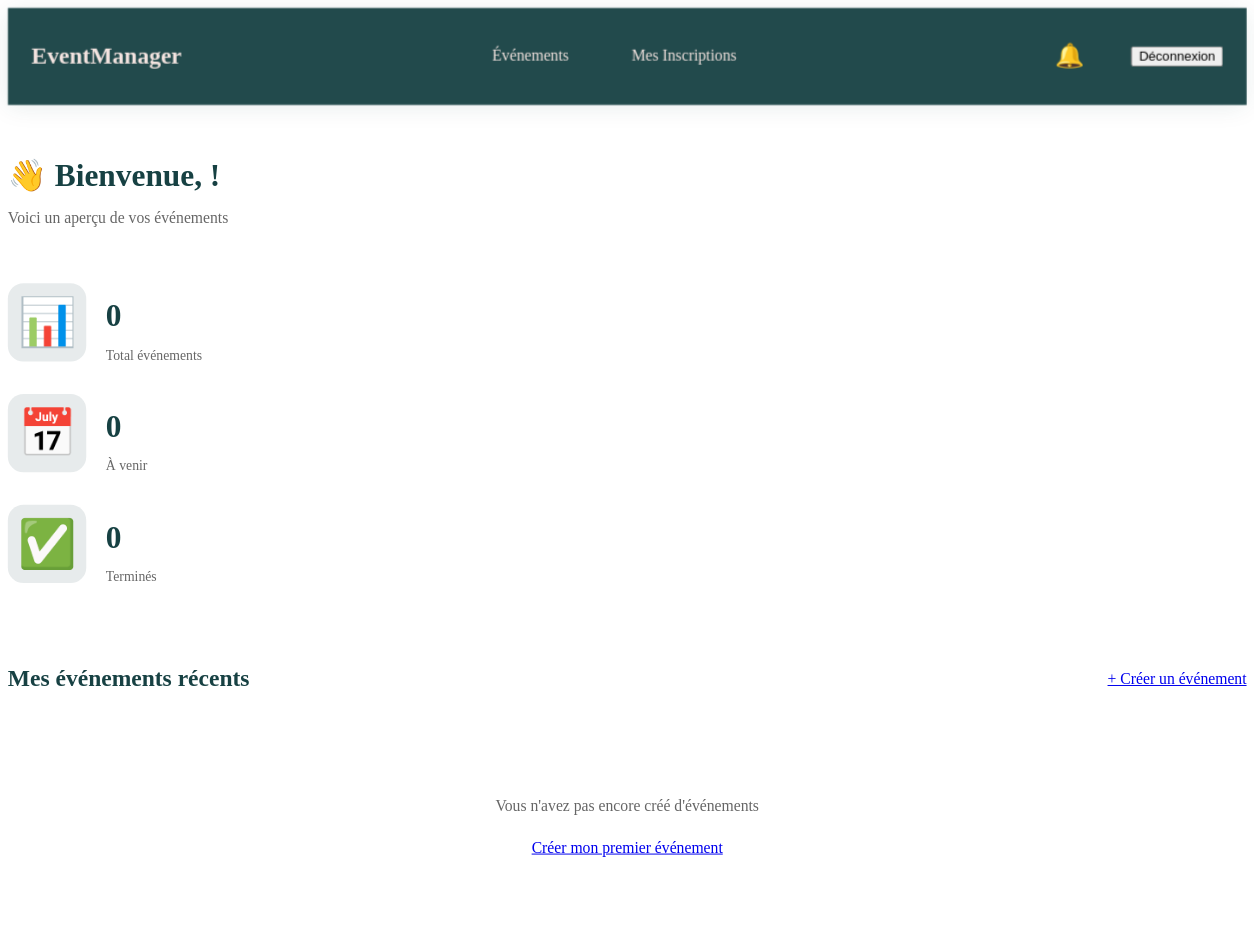
Repository: RADJA-A/DahiliRadja_Pjt_IW
Page: /organisateur/dashboard (app in Front/gerement/)
An editor plug-in stored every save of this project. The page is shown before and after the next save, followed by the edit.
The browser window is 1280 px wide. The pictures show the whole page, at 98% of full size.
The project was rebuilt for these pictures with package versions that can differ from the ones it lists, and the page was loaded fresh each time. Also part of the build but not shown: Front/gerement/angular.json, Front/gerement/src/app/pages/home/home.component.ts, Front/gerement/src/app/components/avantages/avantages.component.ts, Front/gerement/src/app/components/procedure/procedure.component.ts, Front/gerement/src/app/components/services/services.component.ts, Front/gerement/src/app/pages/login/login.component.ts, Front/gerement/src/app/core/services/auth.service.ts, Front/gerement/src/app/pages/signin/signin.component.ts and 7 more.

Above is the page before, as saved 2025-12-10 12:53:41.

### Front/gerement/src/index.html
<!doctype html>
<html lang="en">
<head>
  <meta charset="utf-8">
  <title>Gerement</title>
  <base href="/">
  <meta name="viewport" content="width=device-width, initial-scale=1">
   <link rel="icon" type="image/x-icon" href="1.png">
</head>
<body>


  <app-root></app-root>
</body>
</html>

### Front/gerement/src/app/app.config.ts
import { ApplicationConfig, provideZoneChangeDetection } from '@angular/core';
import { provideRouter } from '@angular/router';
import { provideHttpClient } from '@angular/common/http';

import { routes } from './app.routes';

export const appConfig: ApplicationConfig = {
  providers: [
    provideZoneChangeDetection({ eventCoalescing: true }),
    provideRouter(routes),
    provideHttpClient() // ← Pour les appels HTTP
  ]
};

### Front/gerement/src/app/app.component.ts
import { Component } from '@angular/core';
import { CommonModule } from '@angular/common';
import { Router, RouterOutlet, NavigationEnd } from '@angular/router';
import { HeaderComponent } from './components/header/header.component';
import { FooterComponent } from './components/footer/footer.component';
import { NavbarComponent } from './components/navbar/navbar.component';
import { filter } from 'rxjs/operators';

@Component({
  selector: 'app-root',
  standalone: true,
  imports: [
    CommonModule,
    RouterOutlet,
    HeaderComponent,
    FooterComponent,
    NavbarComponent // ← Ajout
  ],
  templateUrl: './app.component.html',
  styleUrls: ['./app.component.css']
})
export class AppComponent {
  title = 'gerement';
  showNavbar = false;

  constructor(private router: Router) {
    // Déterminer quand afficher la navbar
    this.router.events.pipe(
      filter(event => event instanceof NavigationEnd)
    ).subscribe((event: any) => {
      const url = event.url;
      this.showNavbar = !['/', '/login', '/signin'].includes(url);
    });
  }
}

### Front/gerement/src/app/app.routes.ts
import { Routes } from '@angular/router';
import { HomeComponent } from './pages/home/home.component';
import { LoginComponent } from './pages/login/login.component';
import { SigninComponent } from './pages/signin/signin.component';

// Organisateur
import { DashboardOrganisateurComponent } from './pages/organisateur/dashboard-organisateur/dashboard-organisateur.component';
import { MesEvenementsComponent } from './pages/organisateur/mes-evenements/mes-evenements.component';
import { CreerEvenementComponent } from './pages/organisateur/creer-evenement/creer-evenement.component';
import { ParticipantsEvenementComponent } from './pages/organisateur/participants-evenement/participants-evenement.component';

// Participant
import { EvenementsDisponiblesComponent } from './pages/participant/evenements-disponibles/evenements-disponibles.component';
import { MesInscriptionsComponent } from './pages/participant/mes-inscriptions/mes-inscriptions.component';
import { DetailEvenementComponent } from './pages/participant/detail-evenement/detail-evenement.component';

export const routes: Routes = [
  { path: '', component: HomeComponent },
  { path: 'login', component: LoginComponent },
  { path: 'signin', component: SigninComponent },

  // Routes Organisateur
  { path: 'organisateur/dashboard', component: DashboardOrganisateurComponent },
  { path: 'organisateur/mes-evenements', component: MesEvenementsComponent },
  { path: 'organisateur/creer-evenement', component: CreerEvenementComponent },
  { path: 'organisateur/participants/:id', component: ParticipantsEvenementComponent },

  // Routes Participant
  { path: 'participant/evenements', component: EvenementsDisponiblesComponent },
  { path: 'participant/mes-inscriptions', component: MesInscriptionsComponent },
  { path: 'participant/evenement/:id', component: DetailEvenementComponent },

  { path: '**', redirectTo: '' }
];

### Front/gerement/src/app/app.component.html
<app-header *ngIf="!showNavbar"></app-header>
<app-navbar *ngIf="showNavbar"></app-navbar>
<router-outlet></router-outlet>
<app-footer *ngIf="!showNavbar"></app-footer>

### Front/gerement/src/app/components/header/header.component.ts
import { Component } from '@angular/core';
import { Router, RouterModule } from '@angular/router';

@Component({
  selector: 'app-header',
  standalone: true,
  imports: [RouterModule],
  templateUrl: './header.component.html',
  styleUrls: ['./header.component.css']
})
export class HeaderComponent {
  constructor(private router: Router) {}

  navigateToLogin() {
    this.router.navigate(['/login']);
  }

  navigateToSignin() {
    this.router.navigate(['/signin']);
  }

}

### Front/gerement/src/app/components/navbar/navbar.component.ts
import { Component, OnInit } from '@angular/core';
import { Router, RouterModule } from '@angular/router';
import { CommonModule } from '@angular/common';
import { NotificationsComponent } from '../notifications/notifications.component';
import { NotificationService } from '../../services/notification.service';

@Component({
  selector: 'app-navbar',
  imports: [CommonModule,NotificationsComponent,RouterModule],
  templateUrl: './navbar.component.html',
  styleUrls: ['./navbar.component.css']
})
export class NavbarComponent implements OnInit {
  user: any;
  notificationsCount = 0;
  showNotifications = false;

  constructor(
    private router: Router,
    private notificationService: NotificationService
  ) {}

  ngOnInit() {
    const userStr = localStorage.getItem('user');
    if (userStr) {
      this.user = JSON.parse(userStr);
      this.loadNotificationsCount();
    }
  }

  loadNotificationsCount() {
    this.notificationService.getNotificationsNonLues(this.user.id).subscribe(
      (notifications) => {
        this.notificationsCount = notifications.length;
      }
    );
  }

  toggleNotifications() {
    this.showNotifications = !this.showNotifications;
  }

  logout() {
    localStorage.removeItem('user');
    this.router.navigate(['/login']);
  }

  // Fix role check with multiple possibilities
  isOrganisateur(): boolean {
    const role = this.user?.role;
    console.log('Checking role:', role); // Debug log
    return role === 'ORGANIZER' || role === 'ADMIN';
  }

  // Add isParticipant method
  isParticipant(): boolean {
    const role = this.user?.role;
    return role === 'PARTICIPANT';
  }
}

### Front/gerement/src/app/pages/organisateur/dashboard-organisateur/dashboard-organisateur.component.ts
import { Component, OnInit } from '@angular/core';
import { EvenementService, Evenement } from '../../../services/evenement.service';
import { CommonModule } from '@angular/common';
import { RouterLink } from '@angular/router';
import { InscriptionService } from '../../../services/inscription.service';


@Component({
  selector: 'app-dashboard-organisateur',
    imports: [CommonModule,RouterLink],
  templateUrl: './dashboard-organisateur.component.html',
  styleUrls: ['./dashboard-organisateur.component.css']
})
export class DashboardOrganisateurComponent implements OnInit {
  user: any;
  evenements: Evenement[] = [];
  statistiques: any = {};
  loading = false;

  constructor(
    private evenementService: EvenementService,
    private inscriptionService: InscriptionService
  ) {}

  ngOnInit() {
    const userStr = localStorage.getItem('user');
    if (userStr) {
      this.user = JSON.parse(userStr);
      this.loadData();
    }
  }

  loadData() {
    this.loading = true;

    // Charger mes événements
    this.evenementService.getMesEvenements(this.user.id).subscribe({
      next: (data) => {
        this.evenements = data;
        this.loading = false;
      },
      error: (err) => {
        console.error('Erreur:', err);
        this.loading = false;
      }
    });

    // Charger statistiques
    this.evenementService.getStatistiques(this.user.id).subscribe({
      next: (data) => {
        this.statistiques = data;
      }
    });
  }

  getStatutColor(statut: string): string {
    const colors: any = {
      'AVENIR': 'info',
      'EN_COURS': 'success',
      'TERMINE': 'secondary',
      'ANNULE': 'danger'
    };
    return colors[statut] || 'info';
  }
}

### Front/gerement/src/app/components/header/header.component.html
<div id="logindiv">
  <nav>
    <h1>Gerement</h1>
    <ul class="liste">
      <li><a href="#avantages">Avantages</a></li>
      <li><a href="#services">Nos services</a></li>
      <li><a href="#procedure">Procedure</a></li>
    </ul>

    <!-- Wrap the buttons -->
    <div class="button-group">
      <button id="connectbtn" (click)="navigateToLogin()">Se connecter</button>
      <button id="signinbtn" (click)="navigateToSignin()">S'inscrire</button>
    </div>
  </nav>
</div>

### Front/gerement/src/app/components/header/header.component.css
*{
    font-family: DM sans-serif ;
}


body::-webkit-scrollbar {
    width : 10px;
}

body::-webkit-scrollbar-track {
    background :#174143;
}

body::-webkit-scrollbar-thumb {
    background-color :#F5E5E1;
    border-radius: 10px 10px ;
}


nav {
    display: flex;
    justify-content: space-between; /* h1 left, everything else right */
    align-items: center;
    padding: 0 20px;
}

.button-group {
    display: flex;
    gap: 10px; /* space between the two buttons */
}


nav h1 {
    color: #174143;
    margin: 0;
}

nav ul {
    display: flex;
    list-style: none;
    margin: 0;
    padding: 0;
    gap: 30px;
    align-items: center;
    font-size: 20px;
}

nav ul li {
    margin: 0;
    padding: 0;
}

nav ul li a {
    text-decoration: none;
    color: black;
    line-height: 1;
    display: flex;
    align-items: center;
}

nav ul li a:hover{
    font-weight: bold;
}


button{
    border: none;
    border-radius: 50px;
     background-color:  #174143;
    color: white;
    height : 48px;
    width : 134px;
    font-size: 19px;
}

button:hover{
    cursor: pointer;
    transition : 0.2s ease-in-out  ;
    background-color:  #F5E5E1;
    color:  #174143;
}

### Front/gerement/src/app/components/footer/footer.component.html
<footer class="custom-footer">
  <div class="footer-section">
    <p>Université d'alger 1</p>
    <p>Alger centre</p>
    <p>Alger, Algerie</p>
  </div>



  <div class="footer-bottom">
    <p>Gerement™</p>
    <p>© 2025 All Rights Reserved</p>
  </div>
</footer>

### Front/gerement/src/app/components/footer/footer.component.css
.custom-footer {
  background: #174143;
  padding: 30px;
  text-align: center;
  color: #F5E5E1;
  font-family: Arial, sans-serif;
  border-top: 1px solid #ddd;
}


.footer-bottom {
  margin-top: 15px;
  font-size: 13px;
  color: #d7beb8;
}

### Front/gerement/src/app/components/navbar/navbar.component.html
<nav class="navbar">
  <div class="navbar-container">
    <div class="navbar-brand">
      <h2>EventManager</h2>
    </div>

    <div class="navbar-menu">
      <ng-container *ngIf="isOrganisateur()">
        <!-- Add routerLink directive -->
        <a [routerLink]="['/organisateur/dashboard']" routerLinkActive="active">Dashboard</a>
        <a [routerLink]="['/organisateur/mes-evenements']" routerLinkActive="active">Mes Événements</a>
        <a [routerLink]="['/organisateur/creer-evenement']" routerLinkActive="active">Créer</a>
      </ng-container>

      <ng-container *ngIf="!isParticipant()">
        <!-- Add routerLink directive -->
        <a [routerLink]="['/participant/evenements']" routerLinkActive="active">Événements</a>
        <a [routerLink]="['/participant/mes-inscriptions']" routerLinkActive="active">Mes Inscriptions</a>

      </ng-container>
    </div>

    <div class="navbar-actions">
      <div class="notification-btn" (click)="toggleNotifications()">
        <span class="icon">🔔</span>
        <span class="badge-notif" *ngIf="notificationsCount > 0">{{ notificationsCount }}</span>
      </div>

      <div class="user-menu">
        <span>{{ user?.prenom }} {{ user?.nom }}</span>
        <button class="btn btn-secondary" (click)="logout()">Déconnexion</button>
      </div>
    </div>
  </div>

  <!-- Dropdown notifications -->
  <app-notifications *ngIf="showNotifications" [userId]="user?.id"></app-notifications>
</nav>

### Front/gerement/src/app/components/navbar/navbar.component.css
.navbar {
  background: rgba(23, 65, 67, 0.95);
  backdrop-filter: blur(10px);
  box-shadow: 0 4px 24px rgba(23, 65, 67, 0.1);
  position: sticky;
  top: 0;
  z-index: 1000;
}

.navbar-container {
  max-width: 1400px;
  margin: 0 auto;
  padding: 16px 24px;
  display: flex;
  justify-content: space-between;
  align-items: center;
}

.navbar-brand h2 {
  color: #F5E5E1;
  font-size: 24px;
  font-weight: 700;
}

.navbar-menu {
  display: flex;
  gap: 32px;
}

.navbar-menu a {
  color: #F5E5E1;
  text-decoration: none;
  font-weight: 500;
  padding: 8px 16px;
  border-radius: 8px;
  transition: all 0.3s ease;
}

.navbar-menu a:hover,
.navbar-menu a.active {
  background: rgba(245, 229, 225, 0.1);
  color: white;
}

.navbar-actions {
  display: flex;
  align-items: center;
  gap: 24px;
}

.notification-btn {
  position: relative;
  cursor: pointer;
  padding: 8px;
  border-radius: 50%;
  transition: background 0.3s ease;
}

.notification-btn:hover {
  background: rgba(245, 229, 225, 0.1);
}

.notification-btn .icon {
  font-size: 24px;
}

.badge-notif {
  position: absolute;
  top: 0;
  right: 0;
  background: #dc3545;
  color: white;
  border-radius: 50%;
  width: 20px;
  height: 20px;
  display: flex;
  align-items: center;
  justify-content: center;
  font-size: 11px;
  font-weight: 700;
}

.user-menu {
  display: flex;
  align-items: center;
  gap: 16px;
  color: #F5E5E1;
}

### Front/gerement/src/app/services/notification.service.ts
import { Injectable } from '@angular/core';
import { HttpClient } from '@angular/common/http';
import { Observable } from 'rxjs';

export interface Notification {
  id?: number;
  userId: number;
  titre: string;
  message: string;
  type: string;
  evenementId?: number;
  lu: boolean;
  dateCreation?: string;
}

@Injectable({
  providedIn: 'root'
})
export class NotificationService {
  private apiUrl = 'http://localhost:8083/api/notifications';

  constructor(private http: HttpClient) {}

  // Toutes mes notifications
  getMesNotifications(userId: number): Observable<Notification[]> {
    return this.http.get<Notification[]>(`${this.apiUrl}/user/${userId}`);
  }

  // Notifications non lues
  getNotificationsNonLues(userId: number): Observable<Notification[]> {
    return this.http.get<Notification[]>(`${this.apiUrl}/user/${userId}/non-lues`);
  }

  // Marquer comme lue
  marquerCommeLue(notificationId: number, userId: number): Observable<Notification> {
    return this.http.put<Notification>(`${this.apiUrl}/${notificationId}/marquer-lue`, {}, {
      headers: { 'User-Id': userId.toString() }
    });
  }

  // Marquer toutes comme lues
  marquerToutesLues(userId: number): Observable<void> {
    return this.http.put<void>(`${this.apiUrl}/user/${userId}/marquer-toutes-lues`, {});
  }

  // Supprimer notification
  supprimerNotification(notificationId: number, userId: number): Observable<void> {
    return this.http.delete<void>(`${this.apiUrl}/${notificationId}`, {
      headers: { 'User-Id': userId.toString() }
    });
  }
}

### Front/gerement/src/app/pages/organisateur/dashboard-organisateur/dashboard-organisateur.component.css
.dashboard {
  min-height: calc(100vh - 80px);
  padding: 32px 0;
}

.dashboard-header {
  margin-bottom: 40px;
}

.dashboard-header h1 {
  color: #174143;
  font-size: 32px;
  margin-bottom: 8px;
}

.dashboard-header p {
  color: #666;
  font-size: 16px;
}

.stats-grid {
  margin-bottom: 48px;
}

.stat-card {
  display: flex;
  align-items: center;
  gap: 20px;
}

.stat-icon {
  font-size: 48px;
  width: 80px;
  height: 80px;
  display: flex;
  align-items: center;
  justify-content: center;
  background: rgba(23, 65, 67, 0.1);
  border-radius: 16px;
}

.stat-info h3 {
  font-size: 32px;
  color: #174143;
  margin-bottom: 4px;
}

.stat-info p {
  color: #666;
  font-size: 14px;
}

.recent-events {
  margin-top: 48px;
}

.section-header {
  display: flex;
  justify-content: space-between;
  align-items: center;
  margin-bottom: 24px;
}

.section-header h2 {
  color: #174143;
  font-size: 24px;
}

.event-card {
  display: flex;
  flex-direction: column;
  gap: 16px;
}

.event-header {
  display: flex;
  justify-content: space-between;
  align-items: start;
}

.event-header h3 {
  color: #174143;
  font-size: 18px;
  flex: 1;
}

.event-details p {
  display: flex;
  align-items: center;
  gap: 8px;
  color: #666;
  font-size: 14px;
  margin-bottom: 8px;
}

.event-actions {
  display: flex;
  gap: 12px;
  margin-top: auto;
}

.no-events {
  grid-column: 1 / -1;
  text-align: center;
  padding: 48px 24px;
}

.no-events p {
  color: #666;
  margin-bottom: 24px;
}

.view-all {
  text-align: center;
  margin-top: 32px;
}

.loading-message {
  text-align: center;
  padding: 48px;
  color: #174143;
}

### Front/gerement/src/app/services/evenement.service.ts
import { Injectable } from '@angular/core';
import { HttpClient } from '@angular/common/http';
import { Observable } from 'rxjs';

export interface Evenement {
  id?: number;
  titre: string;
  type: string;
  lieu: string;
  dateDebut: string;
  dateFin: string;
  capaciteMax: number;
  nombreInscrits?: number;
  organisateurId: number;
  statut?: string;
  imageUrl?: string;
  programme?: string;
  placesDisponibles?: number;
}
@Injectable({
  providedIn: 'root'
})
export class EvenementService {
  private apiUrl = 'http://localhost:8082/api/evenements';

  constructor(private http: HttpClient) {}

  // Tous les événements
  getAllEvenements(): Observable<Evenement[]> {
    return this.http.get<Evenement[]>(this.apiUrl);
  }

  // Événements d'un organisateur
  getMesEvenements(organisateurId: number): Observable<Evenement[]> {
    return this.http.get<Evenement[]>(`${this.apiUrl}/organisateur/${organisateurId}`);
  }

  // Un événement par ID
  getEvenementById(id: number): Observable<Evenement> {
    return this.http.get<Evenement>(`${this.apiUrl}/${id}`);
  }

  // Créer événement
  createEvenement(evenement: Evenement): Observable<Evenement> {
    return this.http.post<Evenement>(this.apiUrl, evenement);
  }

  // Modifier événement
  updateEvenement(id: number, evenement: any, userId: number): Observable<Evenement> {
    return this.http.put<Evenement>(`${this.apiUrl}/${id}`, evenement, {
      headers: { 'User-Id': userId.toString() }
    });
  }

  // Supprimer événement
  deleteEvenement(id: number, userId: number): Observable<void> {
    return this.http.delete<void>(`${this.apiUrl}/${id}`, {
      headers: { 'User-Id': userId.toString() }
    });
  }

  // Rechercher
  searchEvenements(params: any): Observable<Evenement[]> {
    return this.http.get<Evenement[]>(`${this.apiUrl}/search`, { params });
  }

  // Statistiques
  getStatistiques(organisateurId: number): Observable<any> {
    return this.http.get(`${this.apiUrl}/statistiques/${organisateurId}`);
  }
}

### Front/gerement/src/app/services/inscription.service.ts
import { Injectable } from '@angular/core';
import { HttpClient } from '@angular/common/http';
import { Observable } from 'rxjs';

export interface Inscription {
  id?: number;
  userId: number;
  evenementId: number;
  dateInscription?: string;

}

@Injectable({
  providedIn: 'root'
})
export class InscriptionService {
  private apiUrl = 'http://localhost:8084/api/inscriptions';

  constructor(private http: HttpClient) {}

  // S'inscrire
  inscrire(inscription: Inscription): Observable<Inscription> {
    return this.http.post<Inscription>(this.apiUrl, inscription);
  }

  // Se désinscrire
  desinscrire(inscriptionId: number): Observable<void> {
    return this.http.delete<void>(`${this.apiUrl}/${inscriptionId}`);
  }

  // Mes inscriptions
  getMesInscriptions(userId: number): Observable<Inscription[]> {
    return this.http.get<Inscription[]>(`${this.apiUrl}/user/${userId}`);
  }

  // Participants d'un événement (pour organisateur)
  getParticipants(evenementId: number): Observable<Inscription[]> {
    return this.http.get<Inscription[]>(`${this.apiUrl}/evenement/${evenementId}`);
  }
}

Loaded but not shown: Front/gerement/src/styles.css (common file); Front/gerement/src/main.ts (common file); Front/gerement/src/app/components/footer/footer.component.ts (common file); Front/gerement/src/app/pages/organisateur/dashboard-organisateur/dashboard-organisateur.component.html (81 lines, source omitted); Front/gerement/src/app/app.component.css (no stored copy; drawn as an empty file)

After the next save:
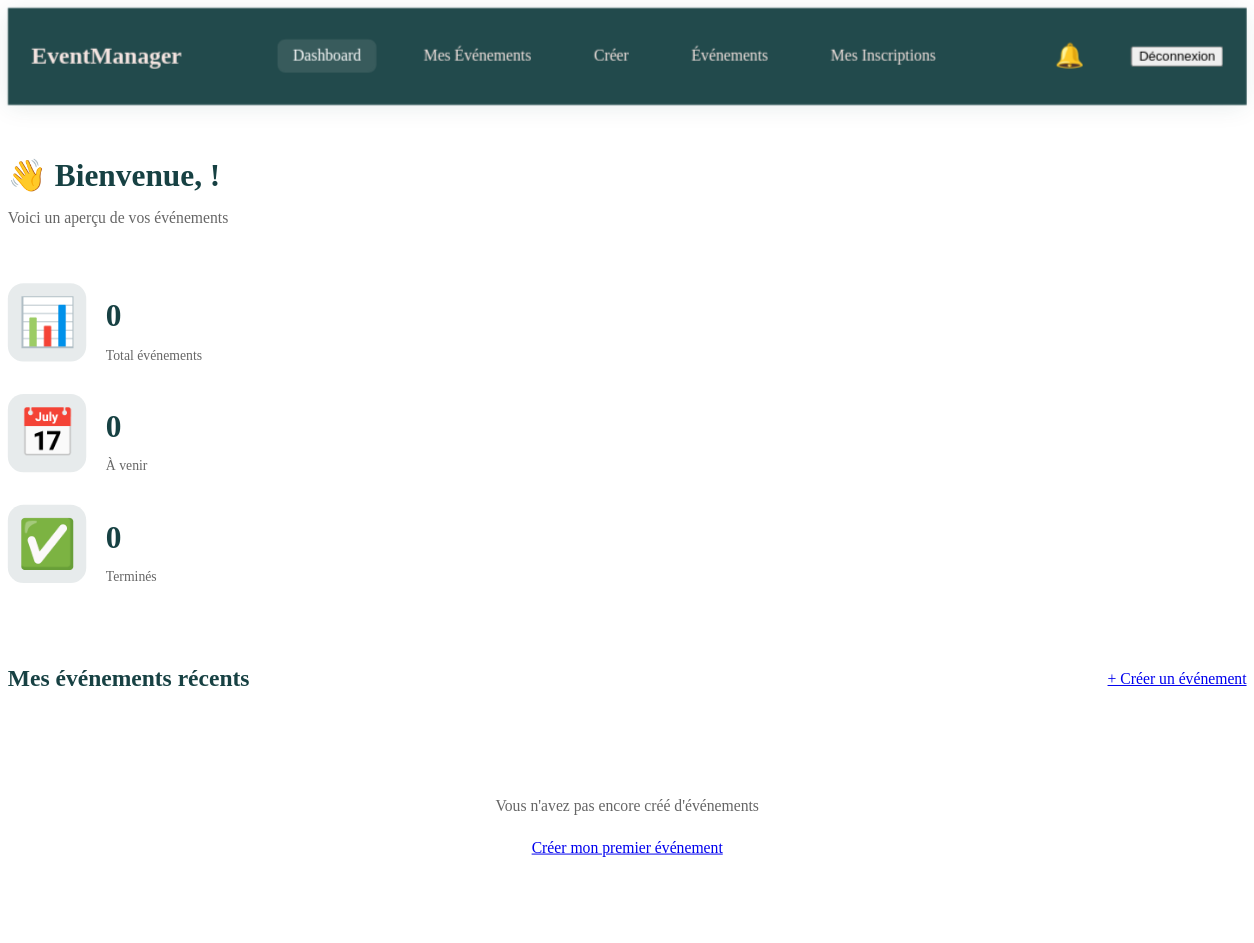
Saved 11 s later.
--- a/Front/gerement/src/app/components/navbar/navbar.component.html
+++ b/Front/gerement/src/app/components/navbar/navbar.component.html
@@ -5,7 +5,7 @@
     </div>
 
     <div class="navbar-menu">
-      <ng-container *ngIf="isOrganisateur()">
+      <ng-container *ngIf="!isOrganisateur()">
         <!-- Add routerLink directive -->
         <a [routerLink]="['/organisateur/dashboard']" routerLinkActive="active">Dashboard</a>
         <a [routerLink]="['/organisateur/mes-evenements']" routerLinkActive="active">Mes Événements</a>
